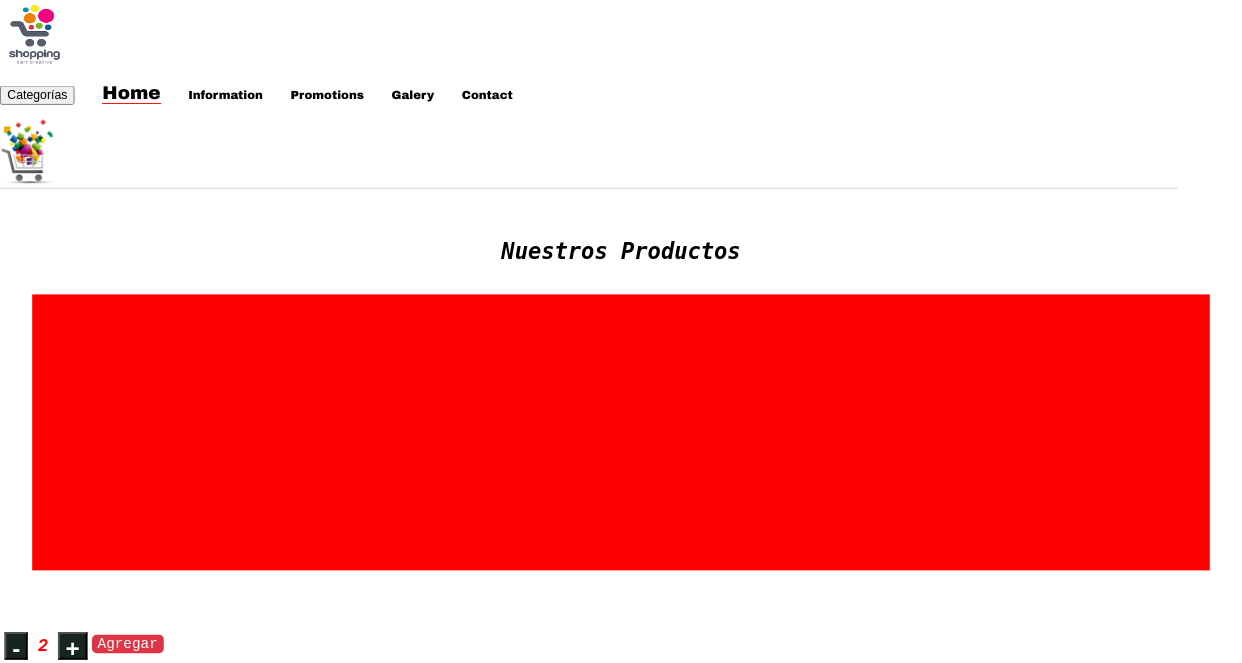
Repository: gustavomanuelquintana/CoderRepository
Page: / (app in cards-commers/)
The author's editor kept a copy of each file at every save. The page is drawn from the files as they stood at one save, then again after the next save.
The browser window is 1280 px wide. The page is 1350 px wide, so the pictures cover 1350 px, including what lies to the right of the window. The pictures show the whole page, at 92% of full size.
The project was rebuilt for these pictures with package versions that can differ from the ones it lists, and the page was loaded fresh each time.

Above is the page before, as saved 2020-10-31 14:03:41.

After the next save:
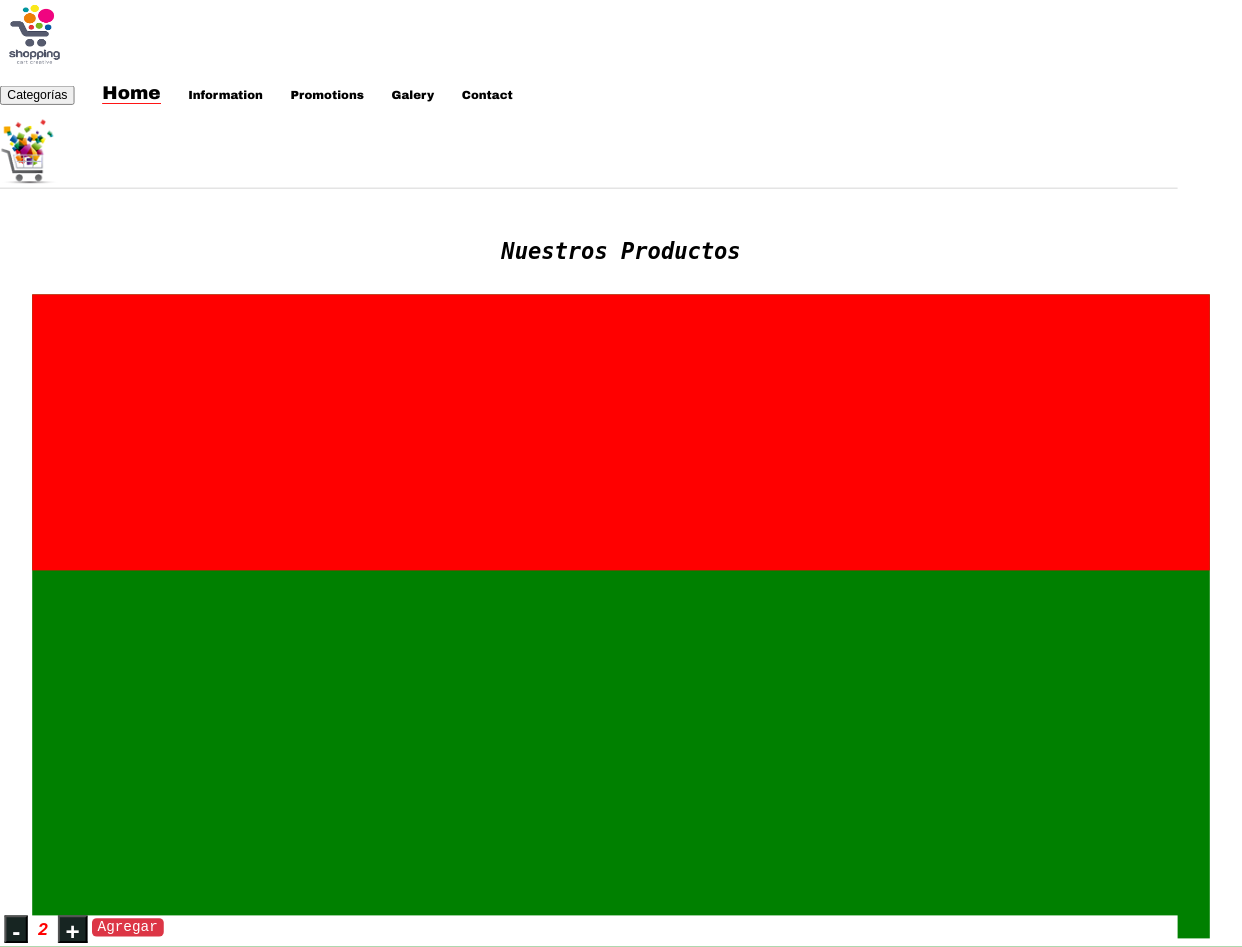
Saved 23 s later.
--- a/cards-commers/src/Components/ItemListContainer/ItemList/ItemList.css
+++ b/cards-commers/src/Components/ItemListContainer/ItemList/ItemList.css
@@ -1,6 +1,6 @@
 .itemList{
     width:100%;
-    height:300px;
+    height:700px;
     background-color:green;
     margin:2em auto;
 }
